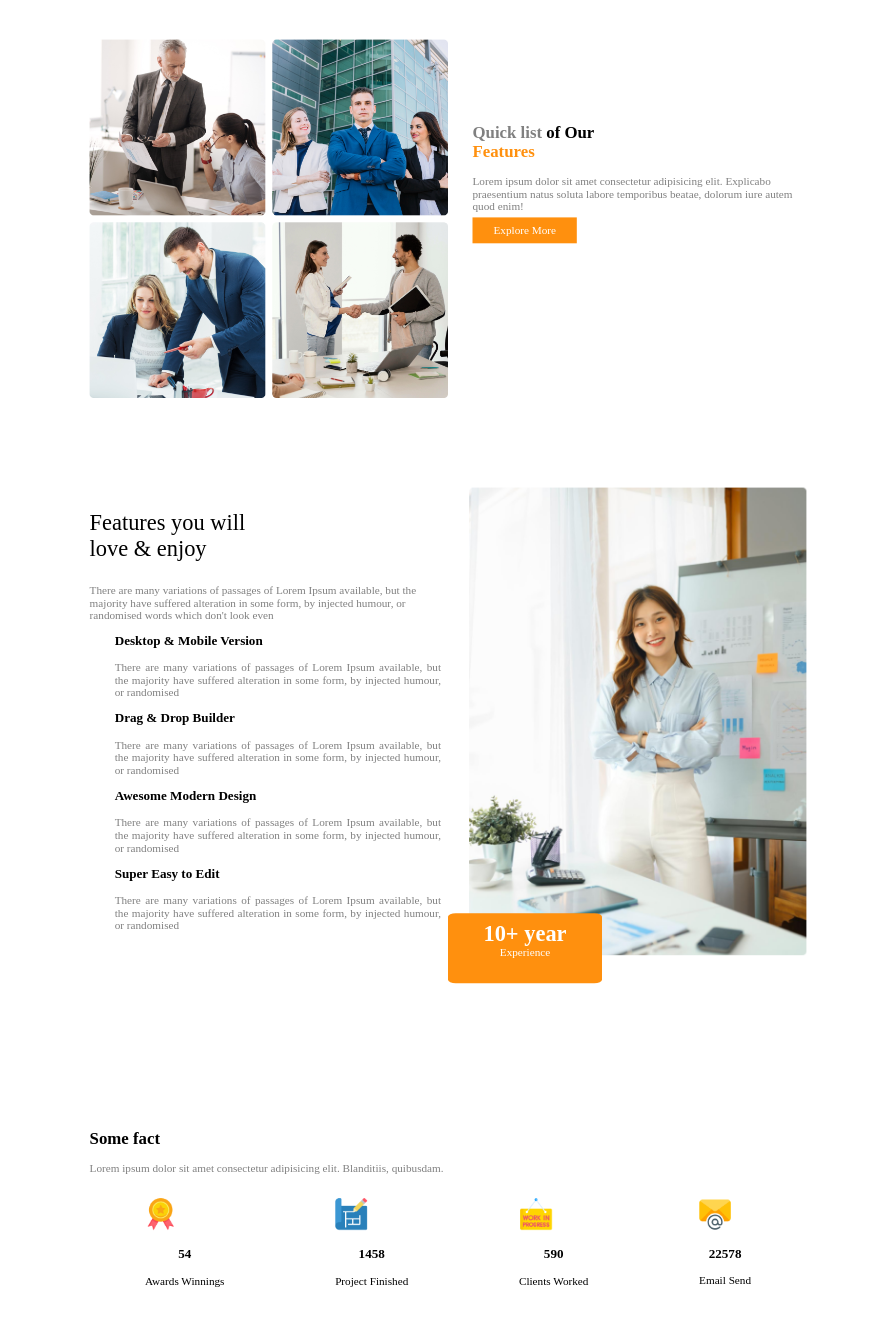
Repository: sadiaafsana138/Architect
Page: index.html
The author's editor kept a copy of each file at every save. The page is drawn from the files as they stood at one save, then again after the next save.
The browser window is 1280 px wide. The pictures show the part of the page from y = 1021 to 2941 px (the page is 2941 px tall before and 2877 px after), at 70% of full size.

Above is the page before, as saved 2023-01-16 18:08:23.

After the next save:
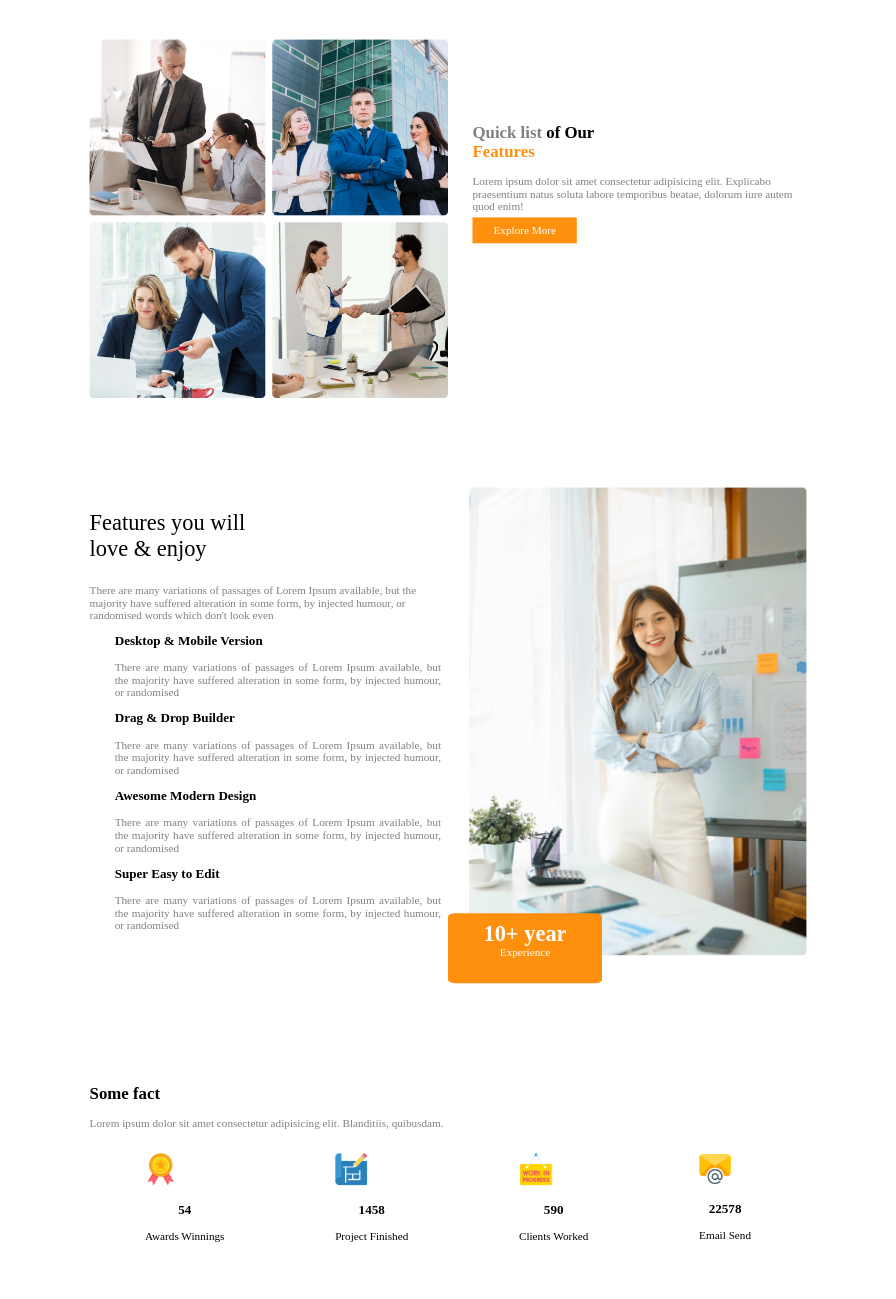
Saved 41 s later.
--- a/style.css
+++ b/style.css
@@ -216,13 +216,11 @@
 .section-4{
   padding-left: 10%;
   padding-right: 10%;
-  padding-top: 5%;
   padding-bottom: 5%;
 }
 #sec4items{
   display: flex;
   justify-content: space-around;
-  align-items: center;
 
 }
 .h3sec4 , .sec4text{
